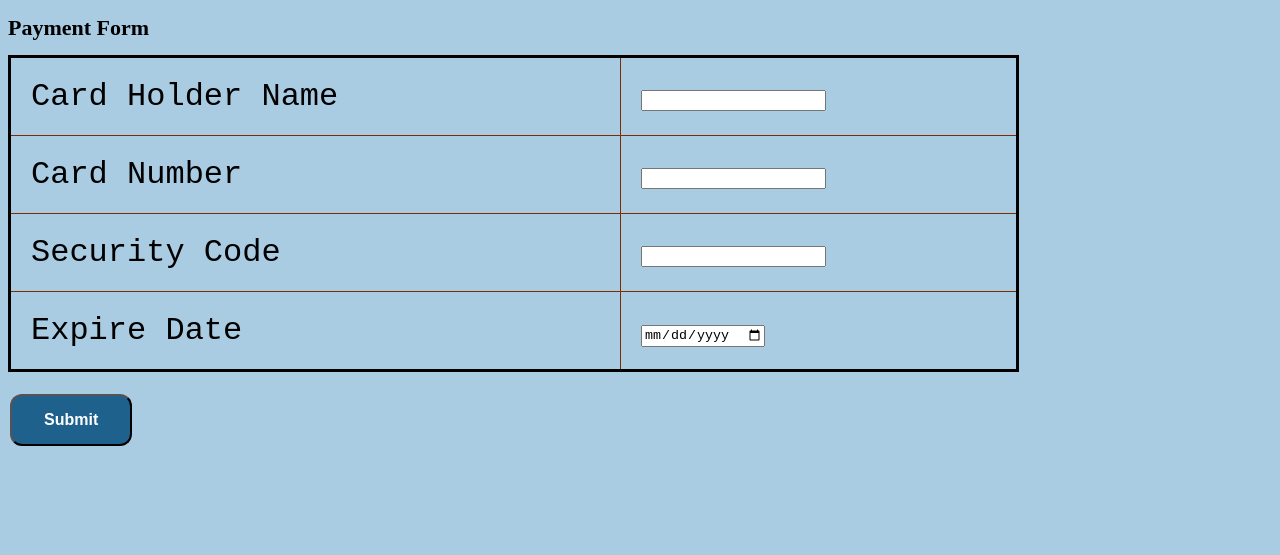
Repository: sandeepa9803/OOP---Online-Travel-web-application
Page: http://localhost/PaymentNew/paymentInfo.jsp
An editor plug-in stored every save of this project. The page is shown before and after the next save, followed by the edit.
The browser window is 1280 px wide. The pictures show the whole page.
Some web fonts or font styles are not loaded; a fallback is used. The page is served by Tomcat 9. Other server files are loaded and not shown.

Above is the page before, as saved 2021-10-11 18:06:56.

### PaymentNew/WebContent/paymentInfo.jsp


<%@ page language="java" contentType="text/html; charset=ISO-8859-1"
    pageEncoding="ISO-8859-1"%>
<!DOCTYPE html>
<html>
<head>
<link href='https://fonts.googleapis.com/css?family=Quicksand' rel='stylesheet'>
<style>



table, td, th {
  border: 1px solid #802b00;
  text-align: left;
}

table {
  border-collapse: collapse;
  width: 80%;
}

th, td {
  padding: 20px;

}


.button {
  background-color: #1F618D ;
  border: 1;
  color: white;
  padding: 15px 32px;
  text-align: center;
  text-decoration: none;
   font-weight: bold;
  display: inline-block;
  font-size: 16px;
  margin: 4px 2px;
  cursor: pointer;
  border-radius:12px;

  .h1{text-align: center;
       color:white;}
}

body {
background-color:#A9CCE3  }

table{
   border:solid black ;
   font-family:"Courier New", Courier, monospace;
    font-size:200%;

}
h1{font-family: 'Quicksand';font-size: 22px;
}


</style>
<meta charset="ISO-8859-1">
<title>Payment Form </title>
</head>

<body>




 <h1> Payment Form</h1>

     <form action ="submit" method = "post" >
     <table>

       <tr>
       <td>Card Holder Name</td>
        <td> <input type = "text" name = "cardholder"></td>
         </tr>

         <tr>
         <td> Card Number </td>
         <td> <input type ="number" name = "cardnum"> </td>
         </tr>

         <tr>
         <td>Security Code </td>
          <td> <input type ="number" name = "cvcnum"> </td>
          </tr>

         <tr>
         <td>Expire Date </td>
         <td> <input type = "date"  name = "date"  > </td>
         </tr>

      </table>
      <br>
        <input type="submit" name="submit" value="Submit" class="button" >

       </form>
</body>
</html>

After the next save:
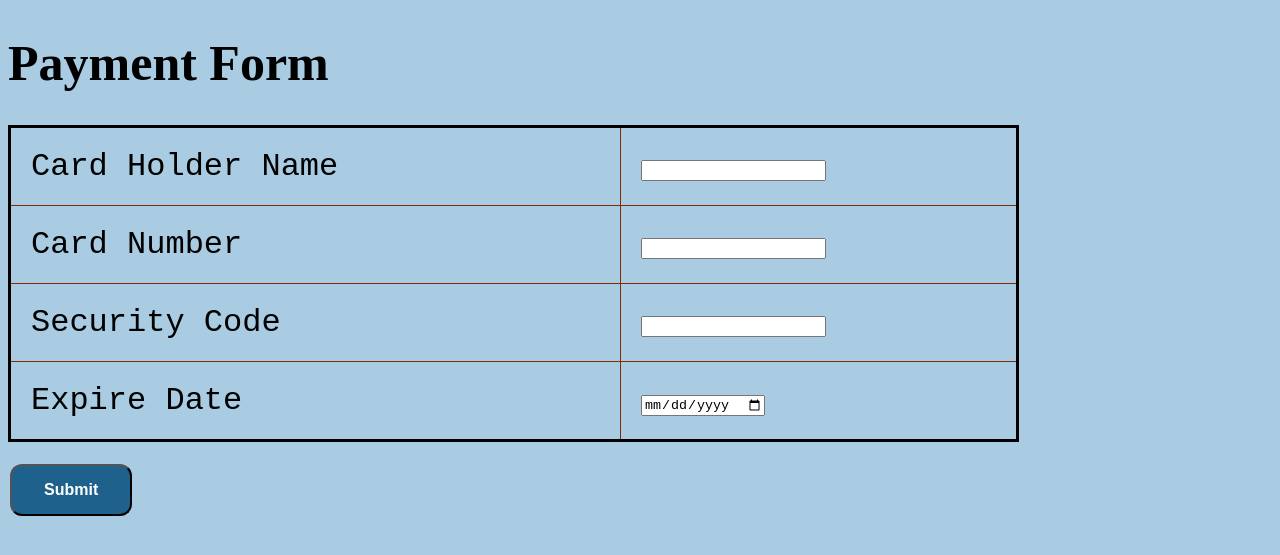
Saved 20 s later.
--- a/PaymentNew/WebContent/paymentInfo.jsp
+++ b/PaymentNew/WebContent/paymentInfo.jsp
@@ -53,7 +53,7 @@ table{
     font-size:200%;
 
 }
-h1{font-family: 'Quicksand';font-size: 22px;
+h1{font-family: 'Quicksand';font-size: 50px;
 }
 
 
